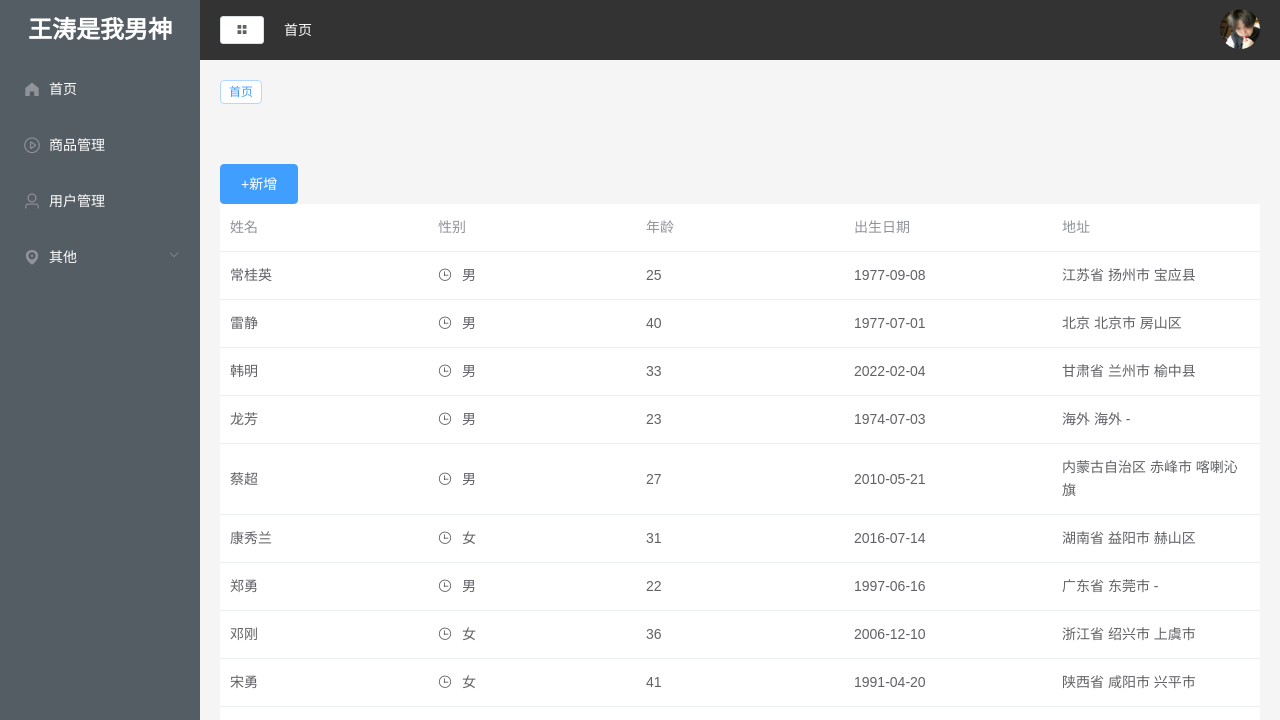
Repository: wangtao20230308/-
Page: /user
These files come from the project's save history. The page is drawn as it stood at one moment and after the next save; the edit follows.
The browser window is 1280 px wide. The pictures show the whole page.
An inner scrolling area shows only its first screen. The project was rebuilt for these pictures with package versions that can differ from the ones it lists, and the page was loaded fresh each time. Also part of the build but not shown: src/views/Home.vue, src/views/Mall.vue, src/views/PageOne.vue, src/views/PageTwo.vue.

Above is the page before, as saved 2023-03-24 15:23:33.

After the next save:
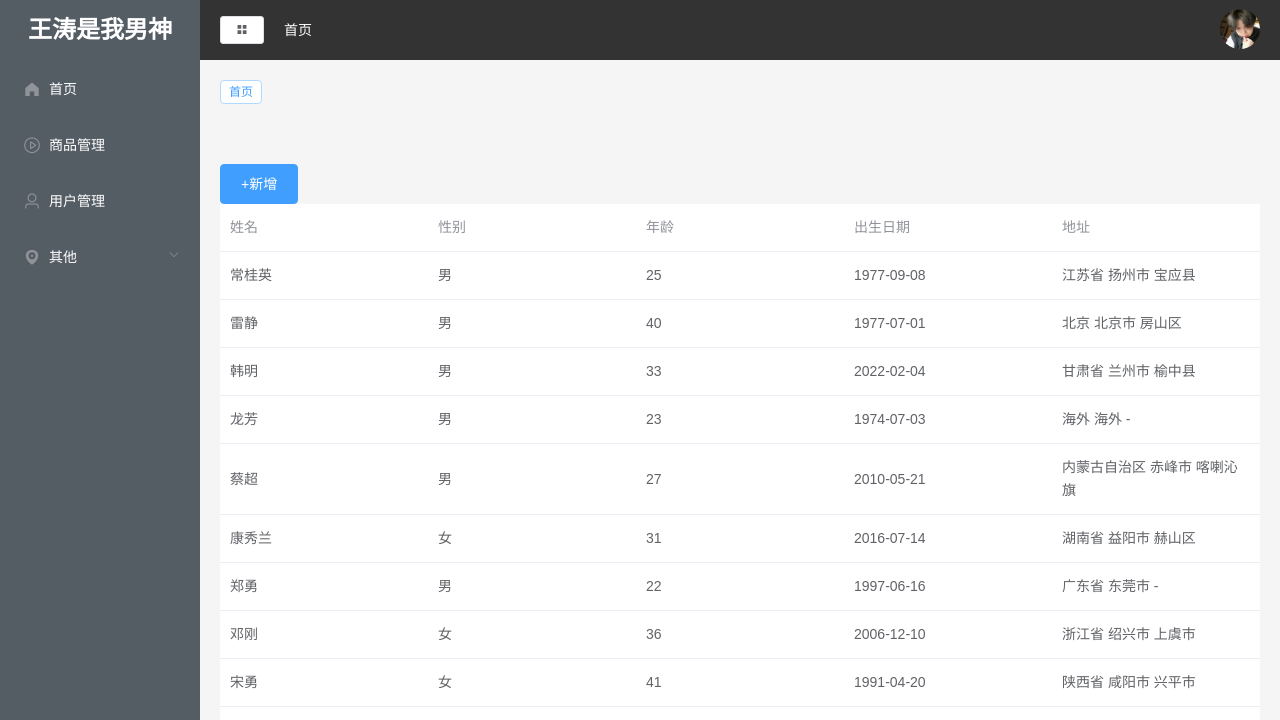
Saved 48 s later.
--- a/src/views/User.vue
+++ b/src/views/User.vue
@@ -35,8 +35,7 @@
         <el-table-column prop="name" label="姓名"> </el-table-column>
         <el-table-column prop="sex" label="性别">
           <template slot-scope="scope">
-            <i class="el-icon-time"></i>
-            <span style="margin-left: 10px">{{ scope.row.sex === 1 ? '男' : '女' }}</span>
+            <span>{{ scope.row.sex === 1 ? '男' : '女' }}</span>
           </template>
         </el-table-column>
         <el-table-column prop="age" label="年龄"> </el-table-column>
